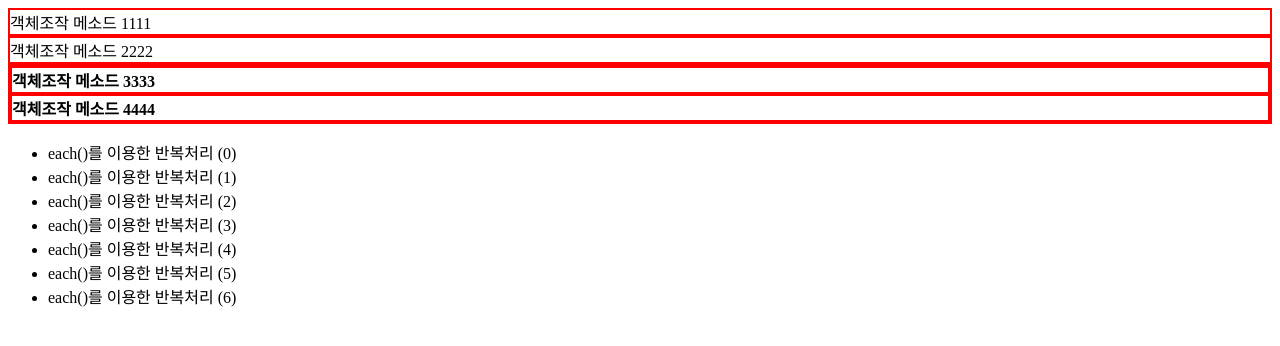
Repository: KangSuA/JSP
Page: webApp/src/main/webapp/jquery/jq06_object.html
The author's editor kept a copy of each file at every save. The page is drawn from the files as they stood at one save, then again after the next save.
The browser window is 1280 px wide. The pictures show the whole page.

Above is the page before, as saved 2023-02-14 07:08:00.

### webApp/src/main/webapp/jquery/jq06_object.html
<!DOCTYPE html>
<html>
<head>
<meta charset="UTF-8">
<title>Insert title here</title>
<script src="https://cdnjs.cloudflare.com/ajax/libs/jquery/3.6.3/jquery.min.js" ></script>
<style>
	div{border:2px solid red; marign:5px;}
</style>
<script>
	$(function(){
		//객체 감싸기
		//wrap() : 선택자를 특정 태그로 각각 감쌈
		$('.c1').wrap('<h1/>');
		//wrapAll() : 선택자를 특정태그로 한번에 감쌈
		$('.c2').wrapAll('<div/>');
		//wrapInner() : 선택자의 하위를 특정 태그로 감쌈
		$('.c2').wrapInner('<b/>');
		//unwrap() : 선택자의 부모를 삭제
		$('.c1').unwrap();

		//each() : 선택한 객체를 순서대로 반복적용할 수 있는 반복문
		//$('#list>li').text("<img src='../img/bar.png'/>");
		//$('#list>li').html("<img src='../img/bar.png'/>");
		$("#list>li").each(function(idx, obj) {
			$(obj).html("each()를 이용한 반복처리 ("+idx+")");
			$(obj).addClass('c1');
		});

	});
</script>
</head>
<body>
<div class="c1">객체조작 메소드 1111</div>
<div class="c1">객체조작 메소드 2222</div>
<div class="c2">객체조작 메소드 3333</div>
<div class="c2">객체조작 메소드 4444</div>

<ul id="list">
	<li>객체조작 메소드 AAAA</li>
	<li>객체조작 메소드 BBBB</li>
	<li>객체조작 메소드 CCCC</li>
	<li>객체조작 메소드 DDDD</li>
	<li>객체조작 메소드 EEEE</li>
	<li>객체조작 메소드 FFFF</li>
	<li>객체조작 메소드 GGGG</li>
</ul>

</body>
</html>

After the next save:
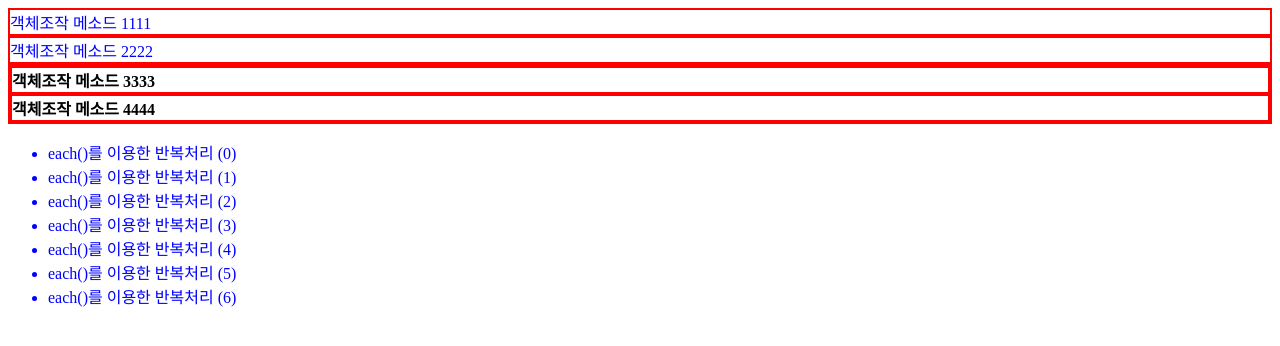
Saved 32 s later.
--- a/webApp/src/main/webapp/jquery/jq06_object.html
+++ b/webApp/src/main/webapp/jquery/jq06_object.html
@@ -6,6 +6,7 @@
 <script src="https://cdnjs.cloudflare.com/ajax/libs/jquery/3.6.3/jquery.min.js" ></script>
 <style>
 	div{border:2px solid red; marign:5px;}
+	.c1{color:blue; border:1px solid:gray;}
 </style>
 <script>
 	$(function(){
